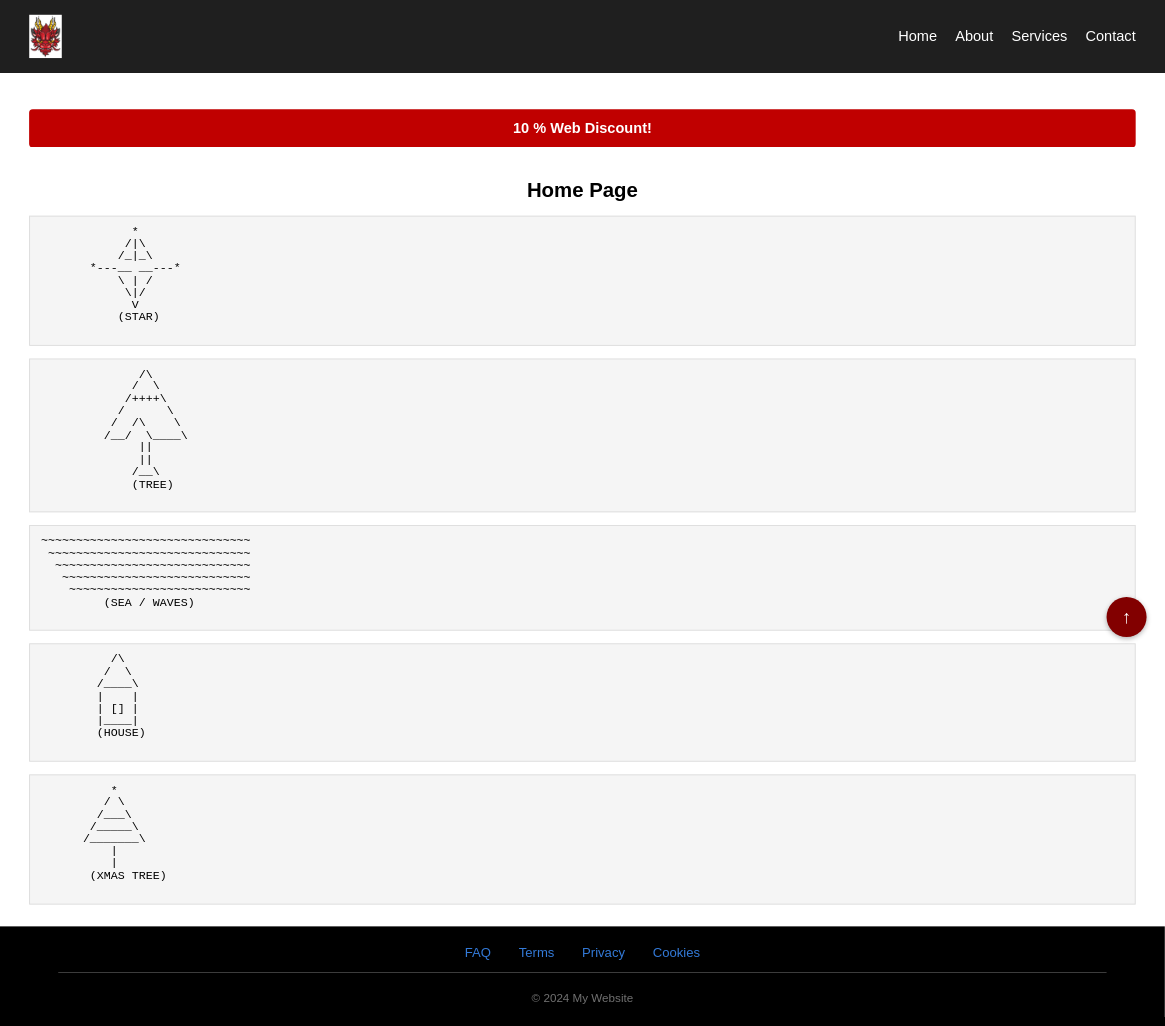
Repository: andreamm-lab/css-positioning-examples-2025-10
Page: index.html
These files come from the project's save history. The page is drawn as it stood at one moment and after the next save; the edit follows.
The browser window is 1280 px wide. The pictures show the whole page, at 91% of full size.
The pointer rests on the first visible `#back-to-top`.

Above is the page before, as saved 2025-11-10 20:14:28.

After the next save:
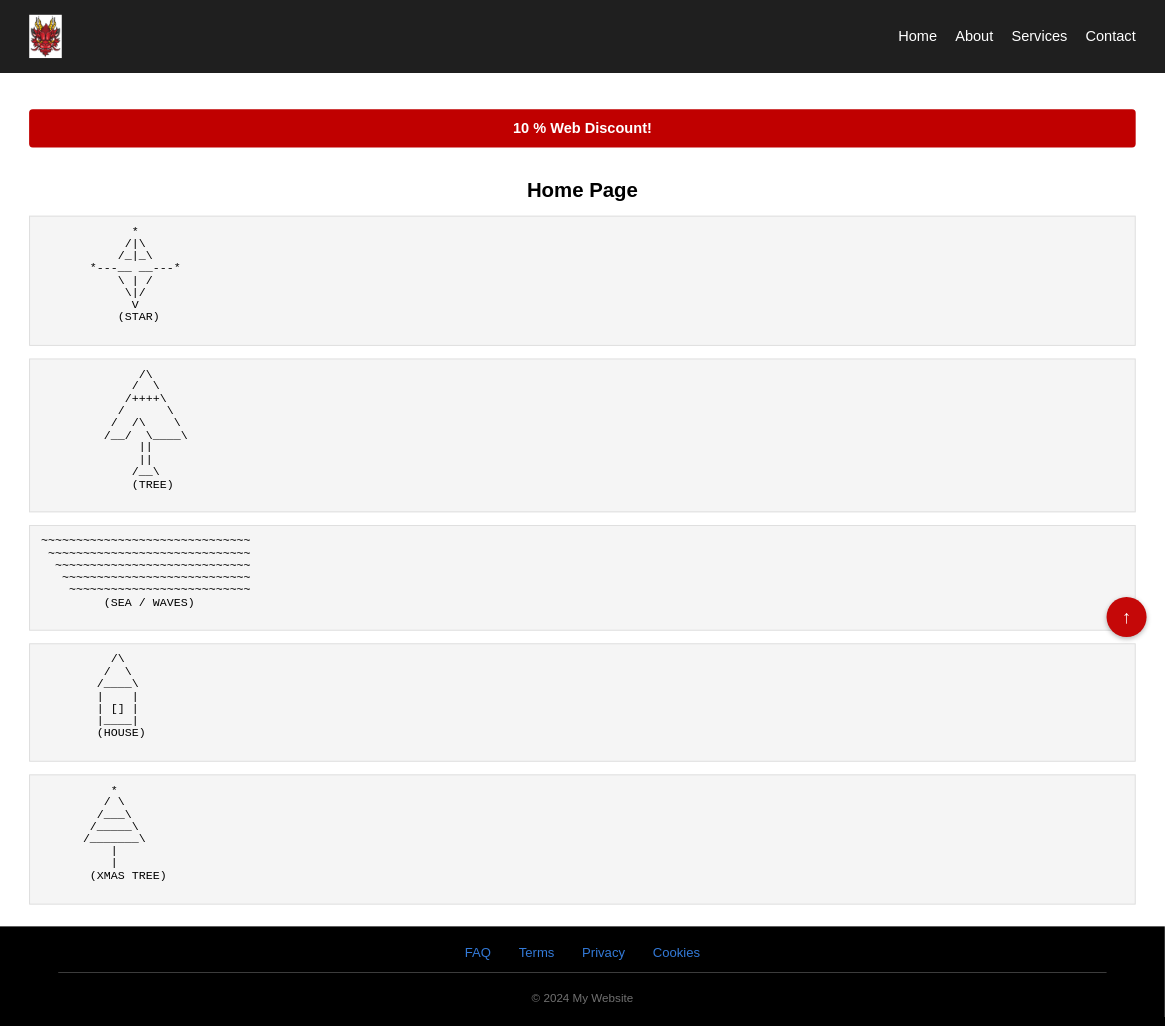
Saved 21 s later.
--- a/main.css
+++ b/main.css
@@ -291,7 +291,7 @@ main.page {
 }
 
 #back-to-top:hover {
-    background-color: #820000; /* rojo clarito al pasar el mouse */
+    background-color: #c50808; /* rojo clarito al pasar el mouse */
 }
 
 /* 3.---------------------- Footer ---------------------- */
